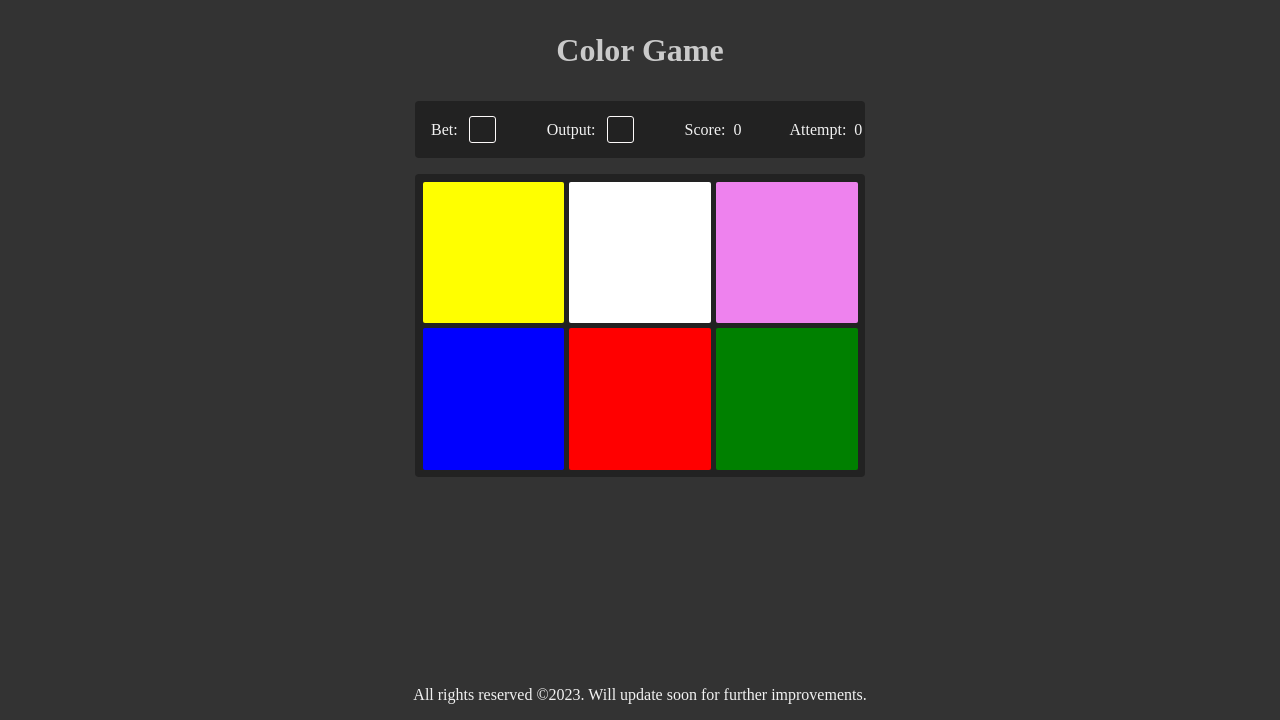
Repository: Pxych09/Simple-Game-VanillaJS
Page: Simple Web Game/color-game.html
An editor plug-in stored every save of this project. The page is shown before and after the next save, followed by the edit.
The browser window is 1280 px wide. The pictures show the whole page.

Above is the page before, as saved 2023-10-03 10:59:22.

### Simple Web Game/color-game.html
<!DOCTYPE html>
<html lang="en">
<head>
    <meta charset="UTF-8">
    <meta name="viewport" content="width=device-width, initial-scale=1.0">
    <title>Color Game</title>
    <link rel="stylesheet" href="./css/styles.css">
    <script src="./js/color-game.js" defer></script>
</head>
<body>

    <div id="master-color">

        <div class="for-title-color"><h1 class="color-title">Color Game</h1></div>
        <div class="color-dashboard">
            <div>Bet: <div class="color-bet"></div></div>
            <div>Output: <div class="color-output"></div></div>
           <div>Score: <div id="color-score"></div></div>
           <div>Attempt: <div id="attempt"></div></div>
        </div>
        <div class="container-colors">
            <div class="box-colors">
                <div></div>
                <div></div>
                <div></div>
                <div></div>
                <div></div>
                <div></div>
            </div>

            <div class="for-btn-color"><button class="btn-roll-color unshow"><span>Roll</span>&nbsp;<span class="dice">🎲</span></button></div>
        </div>

        <footer>
            <p>All rights reserved &copy;2023. Will update soon for further improvements.</p>
        </footer>

    </div>

</body>
</html>

### Simple Web Game/css/styles.css
@import url('https://fonts.googleapis.com/css2?family=Anton&family=Inconsolata:wght@300&family=Lobster&family=PT+Sans:wght@700&family=Poppins&display=swap');

*, ::before, ::after{
    margin: 0; padding: 0;
    box-sizing: border-box;
}

footer{
    position: fixed;
    bottom: 0;
    padding: 1rem;
    left: 0; right: 0;
    text-align: center;
}

/* FOR COLOR GAME */
#master-color{
    min-height: 100vh;
    min-height: 100dvh;
    background-color: #333;
    display: block;
    color: #f2f2f2;
}
.color-title{
    color: #cacaca;
}
#master-color > div{
    width: 100%;
    text-align: center;
}
#master-color .for-title-color{
    padding-block: 2rem;
}
#master-color .color-dashboard > div{
    display: flex; padding: 1rem;
    gap: .5rem;
    justify-content: flex-start; align-items: center;
}
#master-color .color-dashboard{
    display: flex; gap: 1rem;
    background-color: #222;
    justify-content: space-around;
    align-items: center;
    padding: 0rem;
    /* overflow: hidden; */
    margin-inline: auto;
    border-radius: 4px;
    width: min(100%, 450px);
}
.for-btn-color{
    display: grid;
    padding: 1rem;
}
button.btn-roll-color:hover,
button.btn-roll-color:focus{
    background: rgba(253, 176, 33, 0.938);
    outline: 2px solid rgb(226, 148, 3);
    color: rgb(18, 18, 231);
    outline-offset: 1px;
}
button.btn-roll-color{
    display: flex; justify-content: center; align-items: center;
    font-size: 1rem;
    outline-offset: 2px;
    color: rgb(27, 27, 185);
    text-transform: uppercase;
    font-weight: bold;
    background: orange;
    outline: 2px solid rgba(248, 181, 58, 0.63);
    border: none; margin-inline: auto;
    padding: .5rem 1rem;
    border-radius: .7rem;
    width: min(100%, 100px);
    cursor: pointer;
}
#master-color .container-colors{
    padding-block: 1rem;
    display: grid;
    place-items: center;
}
.container-colors .box-colors{
    --mx-width: 450px;
    --radius: 2px;
    --gap: 5px;
    display: grid;
    grid-template-columns: repeat(3, 1fr);
    gap: var(--gap);
    width: min(100%, var(--mx-width));
    background: #222;
    padding: calc(var(--gap) * 1.5);
    border-radius: calc(var(--radius) * 2);
}
.container-colors .box-colors div{
    /* width: calc(var(--mx-width) / 3.5); */
    background-color: #cacaca;
    aspect-ratio: 1;
    margin: 0;
    border-radius: var(--radius);
}
.container-colors .box-colors div:hover{
    opacity: .8;
}

.color-bet,
.color-output{
    margin-inline: .25rem;
    /* background: yellow; */
    outline: 1px solid #fdfafa;
    width: 25px;
    border-radius: 2px;
    aspect-ratio: 1;
}

.container-colors .box-colors div.light{
    opacity: 1;
    animation: light .5s ease;
    pointer-events: none;
    /* animation-iteration-count: 25; */
}

.container-colors .box-colors div.win{
    opacity: .4;
}

@keyframes light {
    to{
        opacity: .4;
    }
}


button.btn-roll-color.unshow{
    display: none;
}
button.btn-roll-color.spin-dice > .dice{
    animation: roll .5s linear infinite;
}
button.btn-roll-color.spin-dice{
    pointer-events: none;
    transition: .3s ease;
}

@keyframes roll {
    to{
        rotate: -360deg;
    }
}

### Simple Web Game/js/color-game.js
const box_colors = document.querySelectorAll('.box-colors div')
const color_bet = document.querySelector('.color-bet')
const color_output = document.querySelector('.color-output')
const color_score = document.querySelector('#color-score')
const btn_roll = document.querySelector('.btn-roll-color')
const attempt = document.querySelector('#attempt')

let colors_length = box_colors.length
const colors = ['yellow', 'white', 'violet', 'blue', 'red', 'green']
let isPlay = false
color_score.innerHTML = 0
attempt.innerHTML = 0

function initialDisplay(){
    for(let i = 0; i < colors_length; i++){
        box_colors[i].style.background = colors[i]
        box_colors[i].id = colors[i]

        box_colors[i].addEventListener('click', e =>{
            btn_roll.classList.remove('unshow')
            color_bet.style.background = box_colors[i].id
            color_bet.id = box_colors[i].id
            color_output.style.background = "none"
        })
    }
}

initialDisplay()

let score = 0
function effect(){

    let speed = 500
    let limit = 30

    function stopTime(){
        const item = Math.floor(Math.random() * colors_length)
        box_colors[item].classList.add('win')
        btn_roll.classList.remove('spin-dice')

        console.log(item)
        color_output.style.background = box_colors[item].id
        console.log("Output: "+box_colors[item].id, "Bet: "+color_bet.id)
        if(box_colors[item].id == color_bet.id){
            score++
            color_score.innerHTML = `${score}`
        }

        isPlay = false

        function reset(){
            color_bet.removeAttribute('id')

            box_colors.forEach(el =>{
                el.classList.remove('light')
                el.addEventListener('click', ()=>{
                    box_colors[item].classList.remove('win')
                })
            })
        }

        setTimeout(reset, 500)
    }

    let count = 0
    const runTime = setInterval(roll, speed)

    function roll(){
        count++
        console.log("count")
        btn_roll.classList.add('spin-dice')
        effects()
        if(count > limit){
            clearInterval(runTime)
            setTimeout(stopTime, 500)
            count = 0
        }
    }

    function effects(){
        for(let i = 0; i < colors_length; i++){
            box_colors[i].classList.add('light')
            box_colors[i].style.animationDelay = `${i}00ms`
            box_colors[i].style.animationIterationCount = `${limit}`
        }
    }
}

const RollColor = (e) =>{
    if(color_bet.hasAttribute('id')){
       // function
      isPlay = true
      console.log(isPlay)
      effect()
    }

}

btn_roll.addEventListener('click', RollColor)

After the next save:
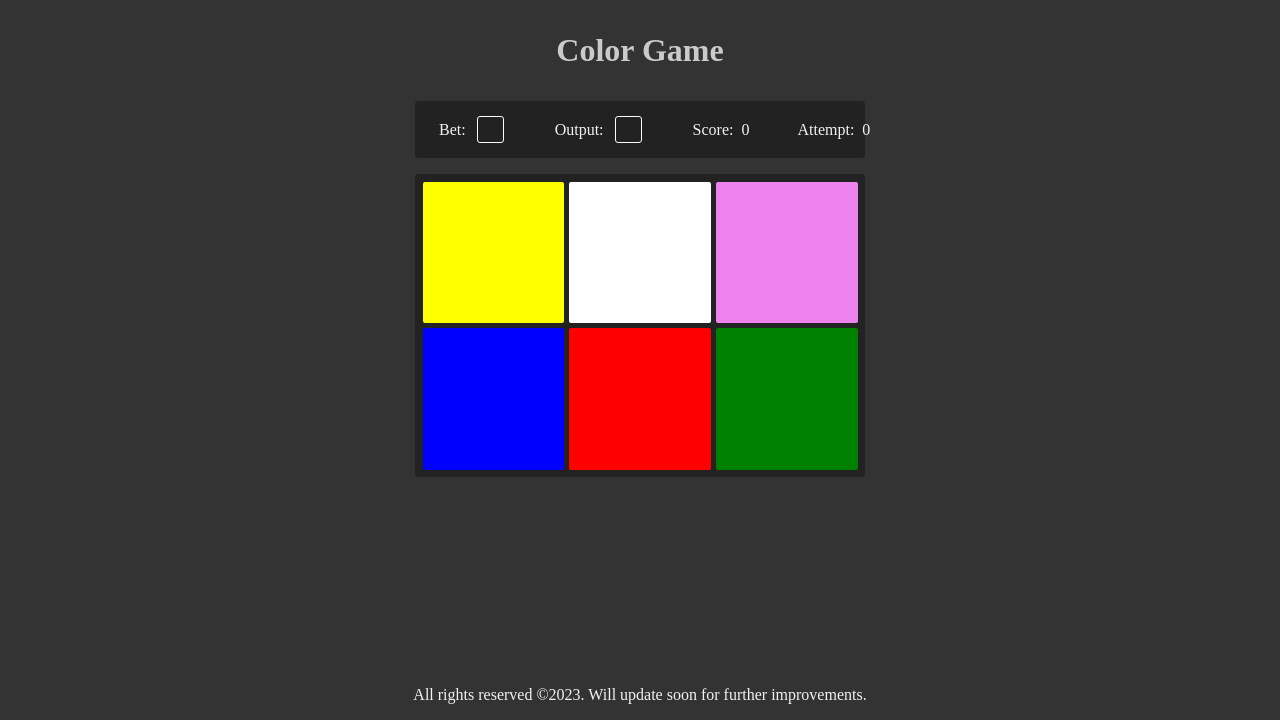
Saved 13 s later.
--- a/Simple Web Game/css/styles.css
+++ b/Simple Web Game/css/styles.css
@@ -41,7 +41,7 @@ footer{
     background-color: #222;
     justify-content: space-around;
     align-items: center;
-    padding: 0rem;
+    padding: 0rem .5rem;
     /* overflow: hidden; */
     margin-inline: auto;
     border-radius: 4px;
